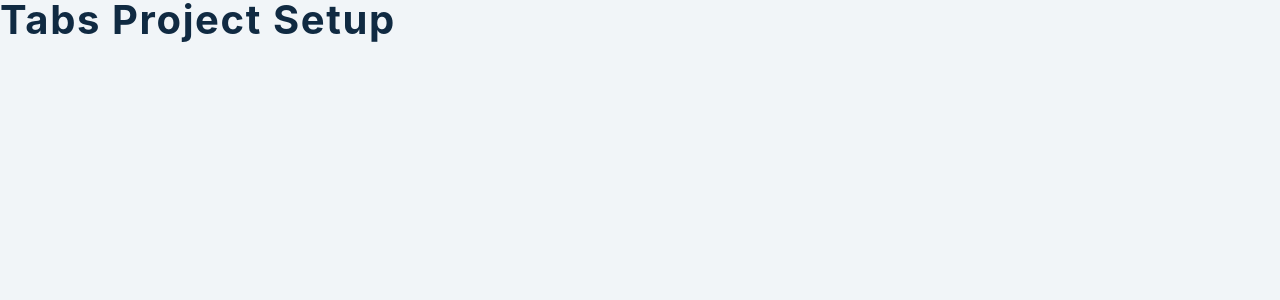
Repository: davidaloba/tabs
Page: /
These files come from the project's save history. The page is drawn as it stood at one moment and after the next save; the edit follows.
The browser window is 1280 px wide. The pictures show the whole page.
The page's requests for data from a server got no answer. The project was rebuilt for these pictures with package versions that can differ from the ones it lists, and the page was loaded fresh each time. No one was signed in, and anything a server would have sent is missing.

Above is the page before, as saved 2021-10-22 13:04:44.

### src/App.js
import React, { useState, useEffect } from "react";
import { FaAngleDoubleRight } from "react-icons/fa";
const url = "https://course-api.com/react-tabs-project";

function App() {
  const [loading, setLoading] = useState(true);
  const [jobs, setJobs] = useState([]);
  const [value, setValue] = useState();

  const fetchJobs = async () => {
    const response = await fetch(url);
    const newJobs = await response.json();
    setJobs(newJobs);
    setLoading(false);
  };

  useEffect(() => {
    fetchJobs();
  }, []);
  return <h2>tabs project setup</h2>;
}

export default App;

Loaded but not shown: public/index.html (common file); src/index.js (common file); src/index.css (common file)

After the next save:
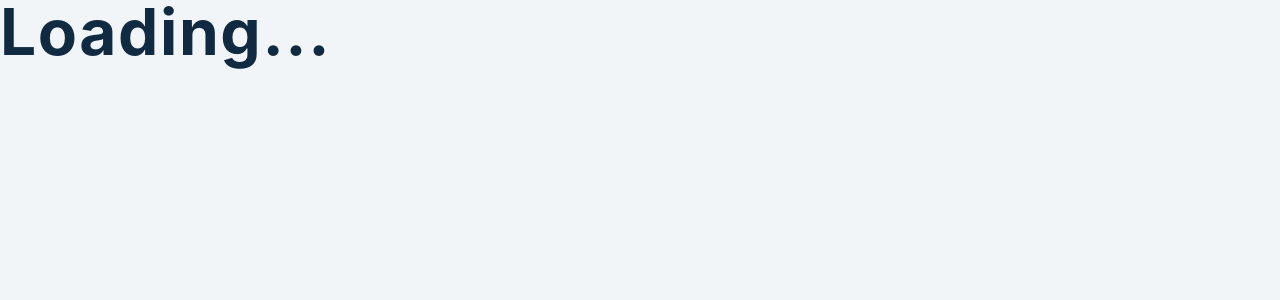
Saved 106 s later.
--- a/src/App.js
+++ b/src/App.js
@@ -17,6 +17,14 @@ function App() {
   useEffect(() => {
     fetchJobs();
   }, []);
+
+  if (loading) {
+    return (
+      <section className="section-loading">
+        <h1>loading...</h1>
+      </section>
+    );
+  }
   return <h2>tabs project setup</h2>;
 }
 
